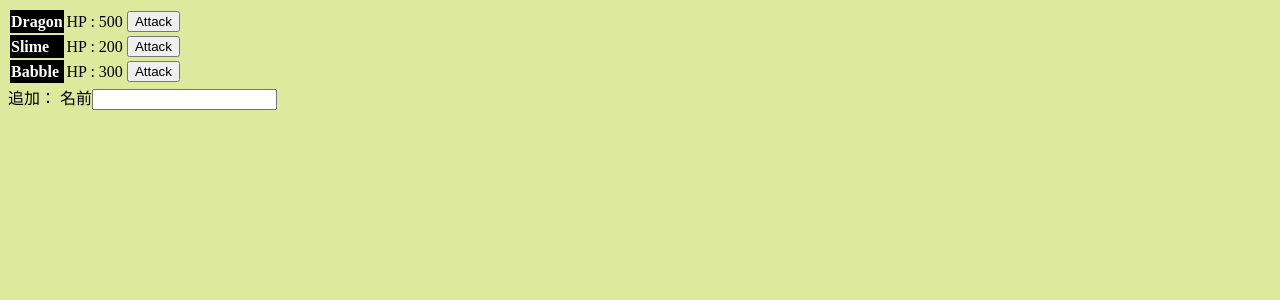
Repository: minoto9/vue_tutorial
Page: sampler/index.html
The author's editor kept a copy of each file at every save. The page is drawn from the files as they stood at one save, then again after the next save.
The browser window is 1280 px wide. The pictures show the whole page.

Above is the page before, as saved 2019-07-10 20:56:58.

After the next save:
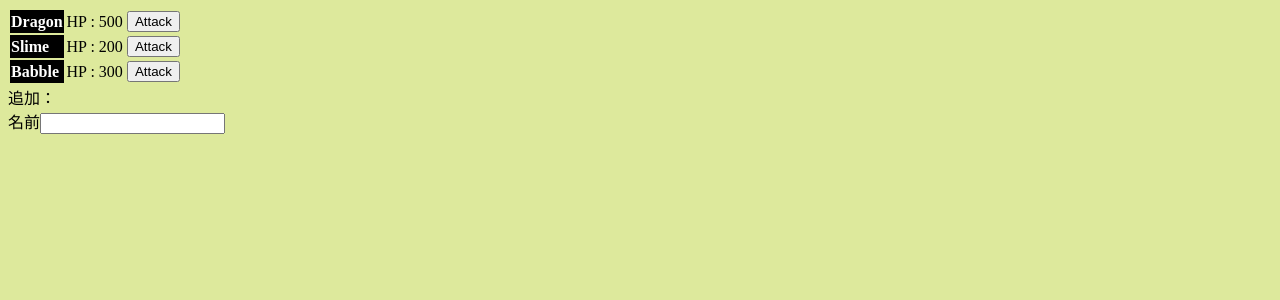
Saved 9 s later.
--- a/sampler/index.html
+++ b/sampler/index.html
@@ -17,7 +17,7 @@
                 <td><button v-on:click="attack">Attack</button></td>
             </tr>
         </table>
-        追加：
+        追加：<br>
         名前<input v-model="name">
     </div>
     <script src="./main.js"></script>
